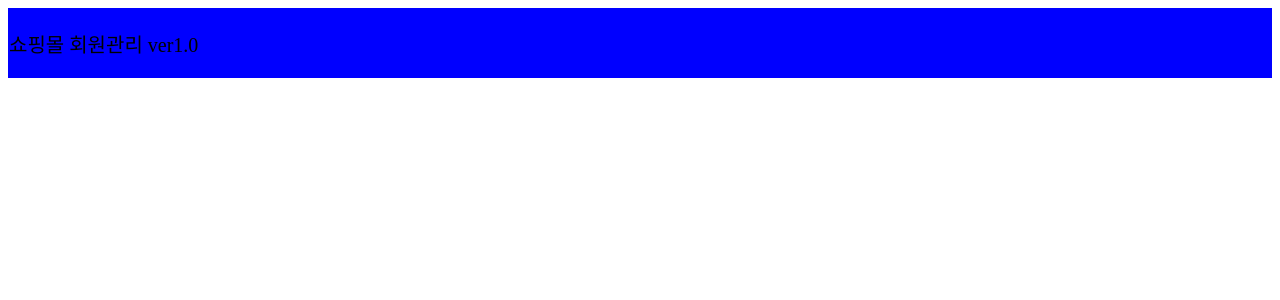
Repository: choigobin/Programming
Page: http://localhost/HRD_1119/
The author's editor kept a copy of each file at every save. The page is drawn from the files as they stood at one save, then again after a run of saves.
The browser window is 1280 px wide. The pictures show the whole page.
The page is served by Tomcat 9.

Above is the page before, as saved 2019-11-19 06:41:05.

### YangJung/workspace/HRD_1119/WebContent/index.jsp
<%@ page language="java" contentType="text/html; charset=UTF-8"
    pageEncoding="UTF-8"%>
<html>
<head>
<meta charset="UTF-8">
<style>
#tb1 {
		height:100%; width:100%;
		border: 0px;
		border-collapse: collapse;
		}
#tb2{
	border: solide black 1px;
	border-collapse: separate;
	}
#t1 {
	border: 0px;
	}
tr,td,th{
	border: solid black 1px;
	}
</style>
<title>쇼핑몰 회원관리</title>
</head>
<body>
<table id="tb1">
<tr id="t1" height="10%"><%-- header --%>
	<td id="t1" bgcolor="blue">
		<span style="font-size:20px; font-color:white; text-align:center;">쇼핑몰 회원관리 ver1.0</span>
	</td>
</tr>
<tr id="t1" height="5%"><%-- nav --%>
	<td id="t1">

	</td>
</tr>
<tr id="t1">
	<td id="t1">

	</td>
</tr>
<tr id="t1" height="5%"><%-- footer --%>
	<td id="t1">

	</td>
</tr>
</table>
</body>
</html>

After the next 2 saves:
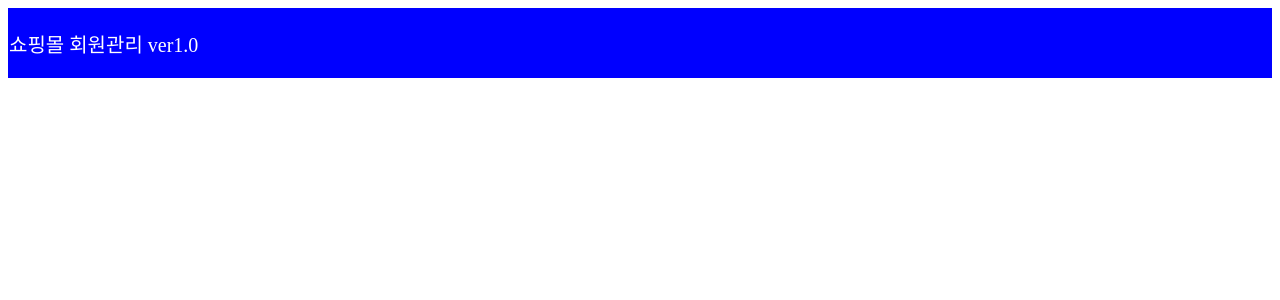
The 2 saves are shown as one change because they came seconds apart.
The last was saved 35 s later.
--- a/YangJung/workspace/HRD_1119/WebContent/index.jsp
+++ b/YangJung/workspace/HRD_1119/WebContent/index.jsp
@@ -26,7 +26,7 @@ tr,td,th{
 <table id="tb1">
 <tr id="t1" height="10%"><%-- header --%>
 	<td id="t1" bgcolor="blue">
-		<span style="font-size:20px; font-color:white; text-align:center;">쇼핑몰 회원관리 ver1.0</span>
+		<span style="font-size:20px; color:white; align:center;">쇼핑몰 회원관리 ver1.0</span>
 	</td>
 </tr>
 <tr id="t1" height="5%"><%-- nav --%>
